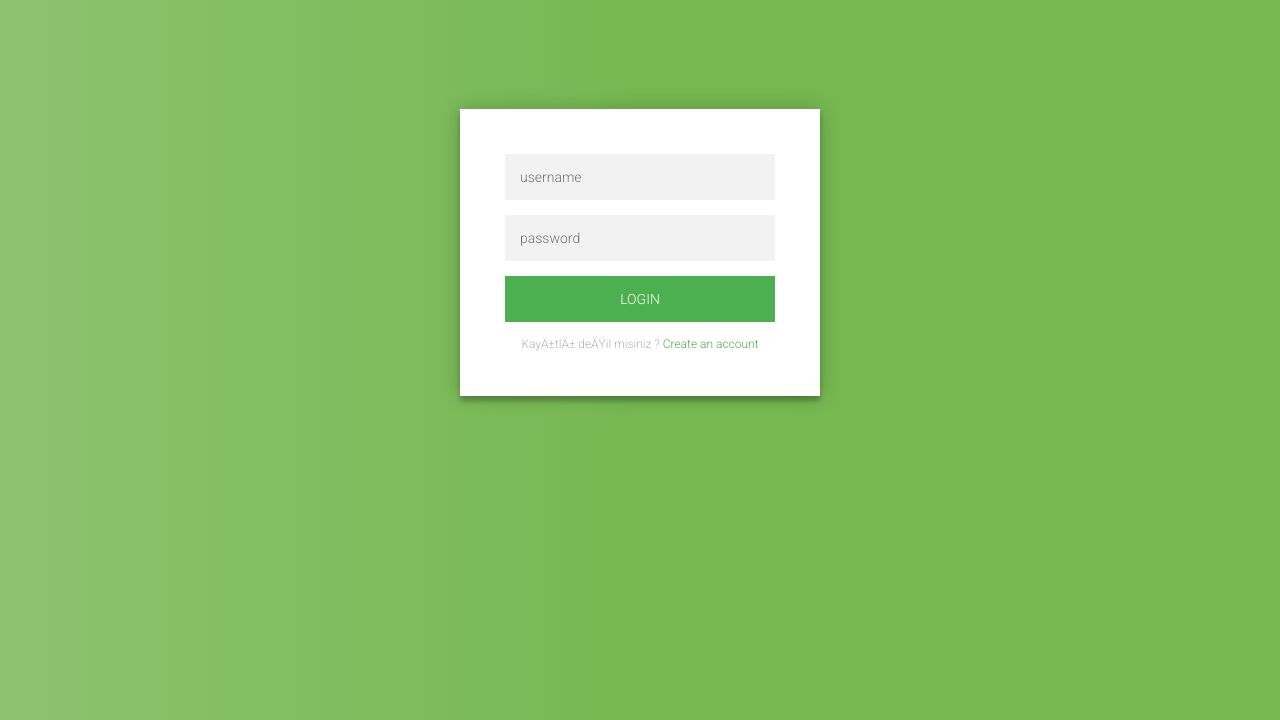
Repository: erengthb/AWS-Java-Servlet-Project
Page: http://localhost/Proje/Homepage.jsp
The author's editor kept a copy of each file at every save. The page is drawn from the files as they stood at one save, then again after the next save.
The browser window is 1280 px wide. The pictures show the whole page.
The page is served by Tomcat 9. Other server files are loaded and not shown.

Above is the page before, as saved 2022-04-17 13:12:47.
Console error: ReferenceError: $ is not defined

### Proje/src/main/webapp/Homepage.jsp
<%@ page language="java" contentType="text/html; charset=ISO-8859-1"
    pageEncoding="ISO-8859-1"%>
<!DOCTYPE html>

<style>

@import url(https://fonts.googleapis.com/css?family=Roboto:300);

.login-page {
  width: 360px;
  padding: 8% 0 0;
  margin: auto;
}
.form {
  position: relative;
  z-index: 1;
  background: #FFFFFF;
  max-width: 360px;
  margin: 0 auto 100px;
  padding: 45px;
  text-align: center;
  box-shadow: 0 0 20px 0 rgba(0, 0, 0, 0.2), 0 5px 5px 0 rgba(0, 0, 0, 0.24);
}
.form input {
  font-family: "Roboto", sans-serif;
  outline: 0;
  background: #f2f2f2;
  width: 100%;
  border: 0;
  margin: 0 0 15px;
  padding: 15px;
  box-sizing: border-box;
  font-size: 14px;
}
.form button {
  font-family: "Roboto", sans-serif;
  text-transform: uppercase;
  outline: 0;
  background: #4CAF50;
  width: 100%;
  border: 0;
  padding: 15px;
  color: #FFFFFF;
  font-size: 14px;
  -webkit-transition: all 0.3 ease;
  transition: all 0.3 ease;
  cursor: pointer;
}
.form button:hover,.form button:active,.form button:focus {
  background: #43A047;
}
.form .message {
  margin: 15px 0 0;
  color: #b3b3b3;
  font-size: 12px;
}
.form .message a {
  color: #4CAF50;
  text-decoration: none;
}
.form .register-form {
  display: none;
}
.container {
  position: relative;
  z-index: 1;
  max-width: 300px;
  margin: 0 auto;
}
.container:before, .container:after {
  content: "";
  display: block;
  clear: both;
}
.container .info {
  margin: 50px auto;
  text-align: center;
}
.container .info h1 {
  margin: 0 0 15px;
  padding: 0;
  font-size: 36px;
  font-weight: 300;
  color: #1a1a1a;
}
.container .info span {
  color: #4d4d4d;
  font-size: 12px;
}
.container .info span a {
  color: #000000;
  text-decoration: none;
}
.container .info span .fa {
  color: #EF3B3A;
}
body {
  background: #76b852; /* fallback for old browsers */
  background: rgb(141,194,111);
  background: linear-gradient(90deg, rgba(141,194,111,1) 0%, rgba(118,184,82,1) 50%);
  font-family: "Roboto", sans-serif;
  -webkit-font-smoothing: antialiased;
  -moz-osx-font-smoothing: grayscale;
}

</style>



<html>
<div class="login-page">
  <div class="form">
    <form class="register-form">
      <input type="text" placeholder="name"/>
      <input type="password" placeholder="password"/>
      <input type="text" placeholder="email address"/>
      <button>create</button>
      <p class="message"><a href="#"></a></p>
    </form>
    <form class="login-form">
      <input type="text" placeholder="username"/>
      <input type="password" placeholder="password"/>
      <button>login</button>
      <p class="message">Kayıtlı değil misiniz ? <a href="#">Create an account</a></p>
    </form>
  </div>
</div>
</html>


<script>
$('.message a').click(function(){
	   $('form').animate({height: "toggle", opacity: "toggle"}, "slow");
	});

</script>

After the next save:
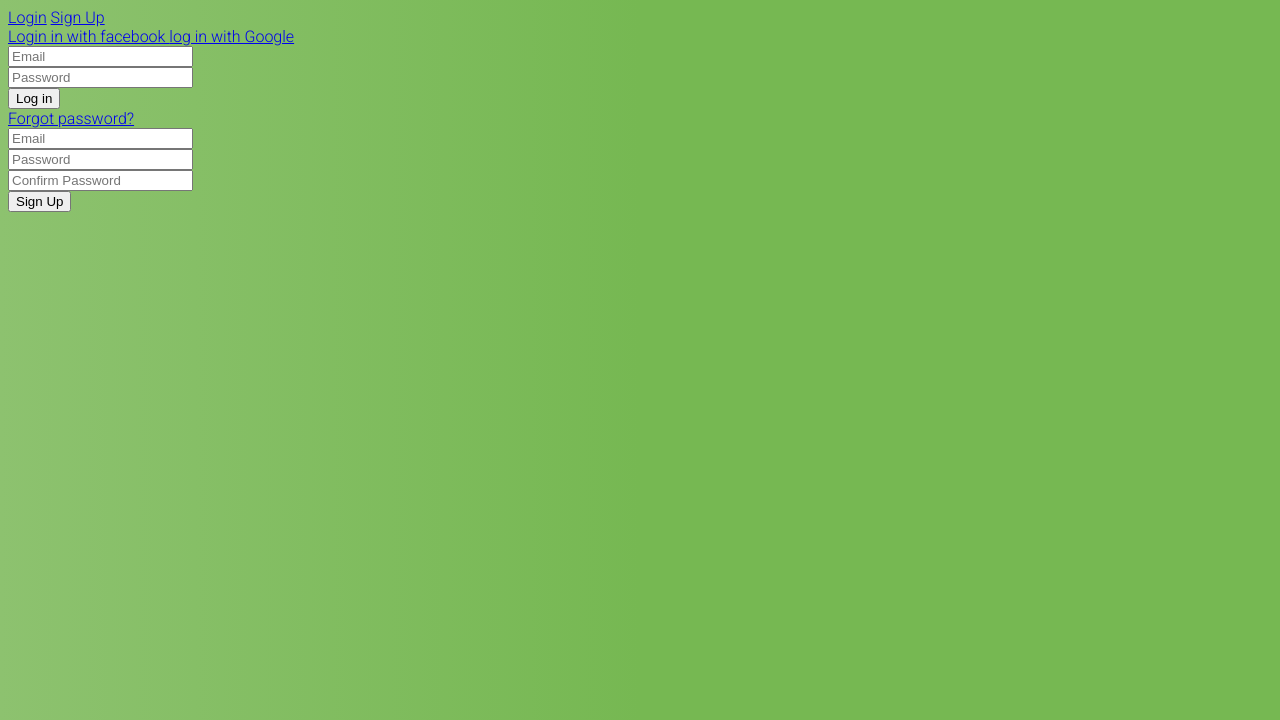
Saved 77 s later.
--- a/Proje/src/main/webapp/Homepage.jsp
+++ b/Proje/src/main/webapp/Homepage.jsp
@@ -107,25 +107,51 @@ body {
 
 
 
-<html>
-<div class="login-page">
-  <div class="form">
-    <form class="register-form">
-      <input type="text" placeholder="name"/>
-      <input type="password" placeholder="password"/>
-      <input type="text" placeholder="email address"/>
-      <button>create</button>
-      <p class="message"><a href="#"></a></p>
+
+  <div class="login-box">
+    <div class="lb-header">
+      <a href="#" class="active" id="login-box-link">Login</a>
+      <a href="#" id="signup-box-link">Sign Up</a>
+    </div>
+    <div class="social-login">
+      <a href="#">
+        <i class="fa fa-facebook fa-lg"></i>
+        Login in with facebook
+      </a>
+      <a href="#">
+        <i class="fa fa-google-plus fa-lg"></i>
+        log in with Google
+      </a>
+    </div>
+    <form class="email-login">
+      <div class="u-form-group">
+        <input type="email" placeholder="Email"/>
+      </div>
+      <div class="u-form-group">
+        <input type="password" placeholder="Password"/>
+      </div>
+      <div class="u-form-group">
+        <button>Log in</button>
+      </div>
+      <div class="u-form-group">
+        <a href="#" class="forgot-password">Forgot password?</a>
+      </div>
     </form>
-    <form class="login-form">
-      <input type="text" placeholder="username"/>
-      <input type="password" placeholder="password"/>
-      <button>login</button>
-      <p class="message">Kayıtlı değil misiniz ? <a href="#">Create an account</a></p>
+    <form class="email-signup">
+      <div class="u-form-group">
+        <input type="email" placeholder="Email"/>
+      </div>
+      <div class="u-form-group">
+        <input type="password" placeholder="Password"/>
+      </div>
+      <div class="u-form-group">
+        <input type="password" placeholder="Confirm Password"/>
+      </div>
+      <div class="u-form-group">
+        <button>Sign Up</button>
+      </div>
     </form>
   </div>
-</div>
-</html>
 
 
 <script>
